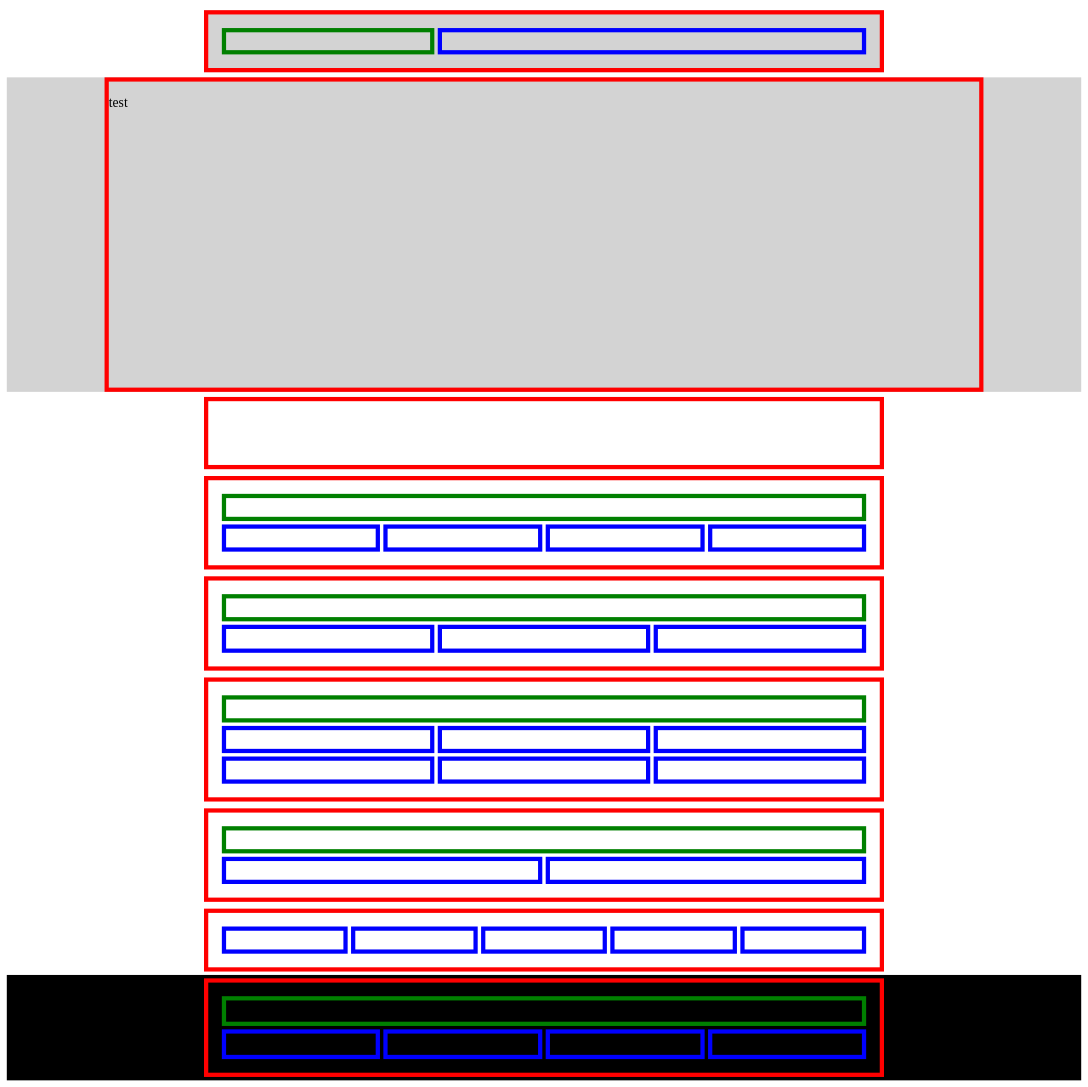
Repository: anderscederberg11/LAB2BG
Page: index.html
An editor plug-in stored every save of this project. The page is shown before and after the next save, followed by the edit.
The browser window is 1280 px wide. The pictures show the whole page, at 85% of full size.

Above is the page before, as saved 2024-01-30 23:03:37.

After the next save:
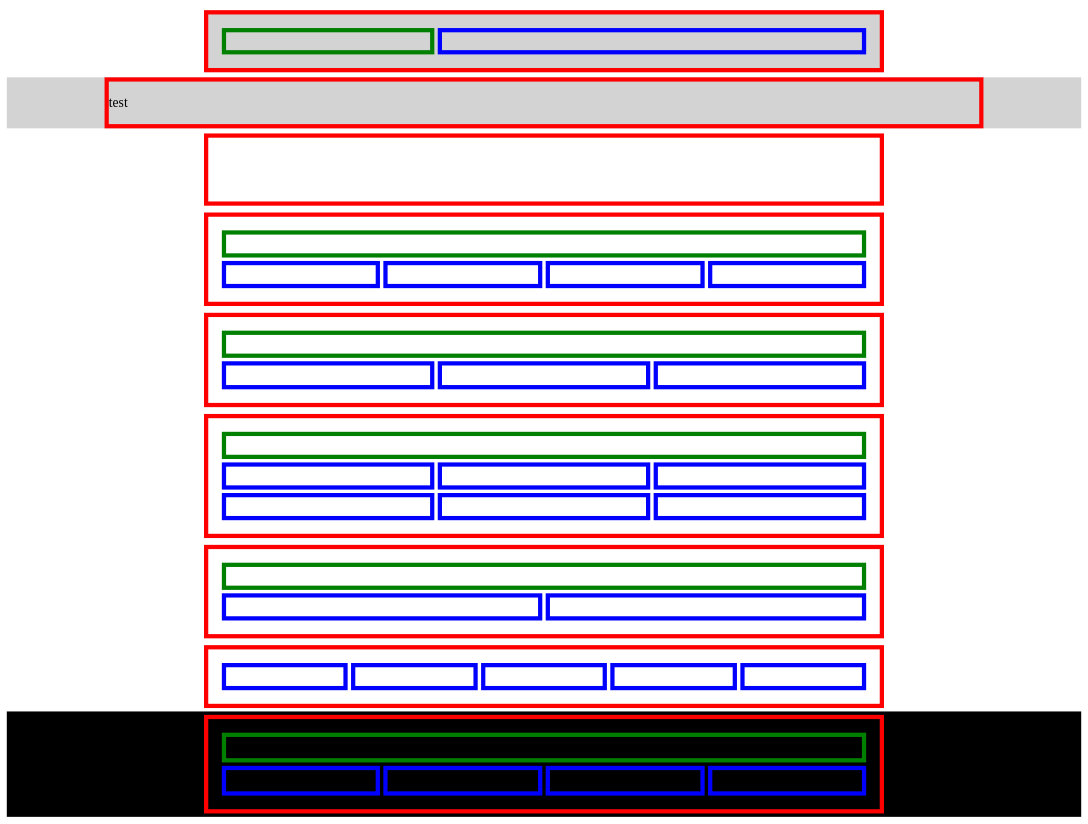
Saved 30 s later.
--- a/css/style.css
+++ b/css/style.css
@@ -38,7 +38,7 @@
 
 .sectionOneImage{
   width:80vw;
-  height:50vh;
+
   border: 5px solid red;
 }
 
